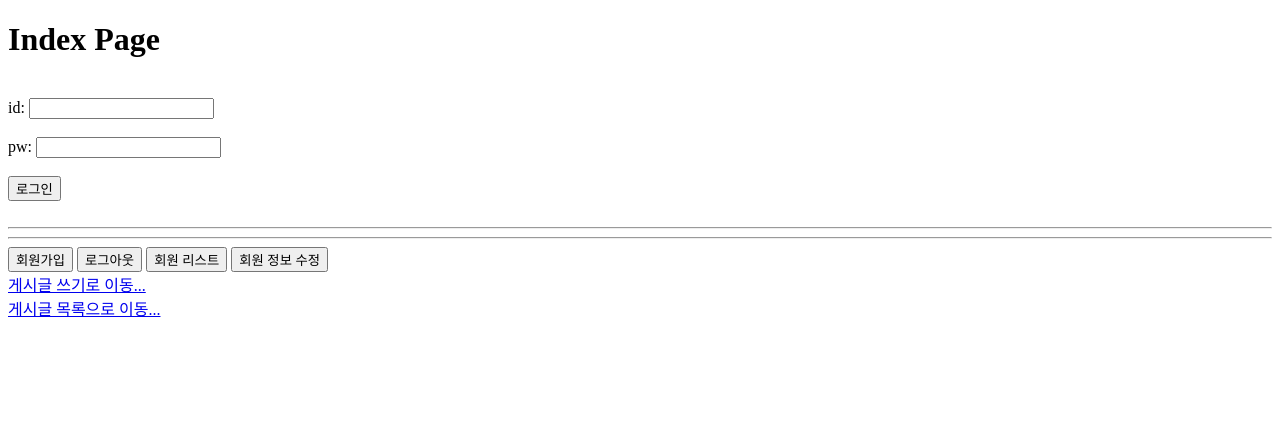
Repository: dfhdfhdfsza/myjsp
Page: http://localhost/_myjsp/
An editor plug-in stored every save of this project. The page is shown before and after the next save, followed by the edit.
The browser window is 1280 px wide. The pictures show the whole page.
The page is served by Tomcat 9. The template is opened directly, without the code that normally fills it, so the values that code supplies are empty.

Above is the page before, as saved 2023-09-22 11:59:44.

After the next save:
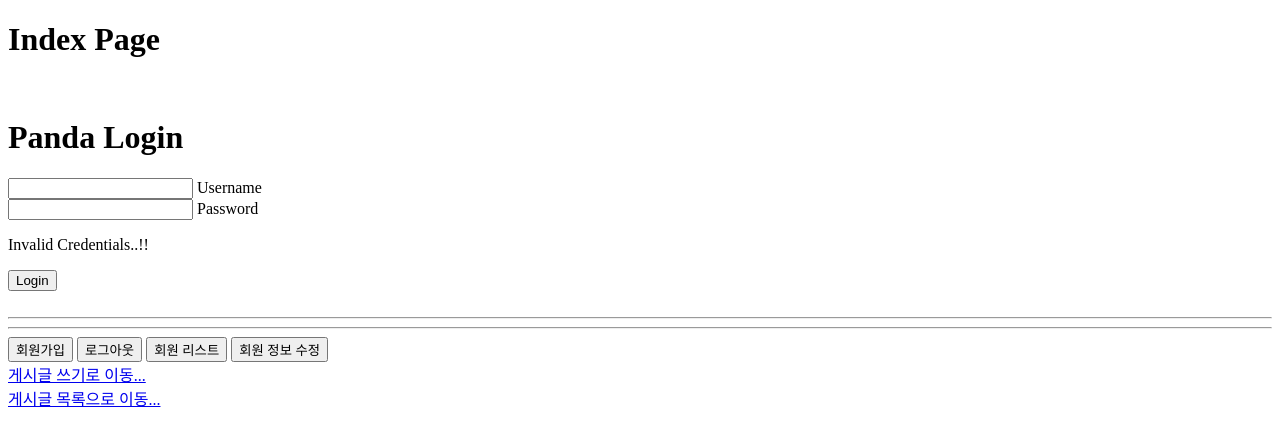
Saved 2 min 10 s later.
--- a/_myjsp/src/main/webapp/index.jsp
+++ b/_myjsp/src/main/webapp/index.jsp
@@ -11,11 +11,43 @@
 	<h1>Index Page</h1>
 	<br>
 	<c:if test="${ses eq null }">
-		<form action="/mem/login">
-			id: <input type="text" name="id"> <br> <br>
-			pw: <input type="text" name="pw"> <br> <br>
-			<button type="submit">로그인</button>
-		</form>
+		<div class="panda">
+  <div class="ear"></div>
+  <div class="face">
+    <div class="eye-shade"></div>
+    <div class="eye-white">
+      <div class="eye-ball"></div>
+    </div>
+    <div class="eye-shade rgt"></div>
+    <div class="eye-white rgt">
+      <div class="eye-ball"></div>
+    </div>
+    <div class="nose"></div>
+    <div class="mouth"></div>
+  </div>
+  <div class="body"> </div>
+  <div class="foot">
+    <div class="finger"></div>
+  </div>
+  <div class="foot rgt">
+    <div class="finger"></div>
+  </div>
+</div>
+<form>
+  <div class="hand"></div>
+  <div class="hand rgt"></div>
+  <h1>Panda Login</h1>
+  <div class="form-group">
+    <input required="required" class="form-control"/>
+    <label class="form-label">Username    </label>
+  </div>
+  <div class="form-group">
+    <input id="password" type="password" required="required" class="form-control"/>
+    <label class="form-label">Password</label>
+    <p class="alert">Invalid Credentials..!!</p>
+    <button class="btn">Login </button>
+  </div>
+</form>
 		<br> <hr>
 	</c:if>
 
@@ -33,6 +65,7 @@
 		{
 			alert("로그인 정보가 일치하지 않습니다.");
 		}
+
 	</script>
 	<hr>
 
